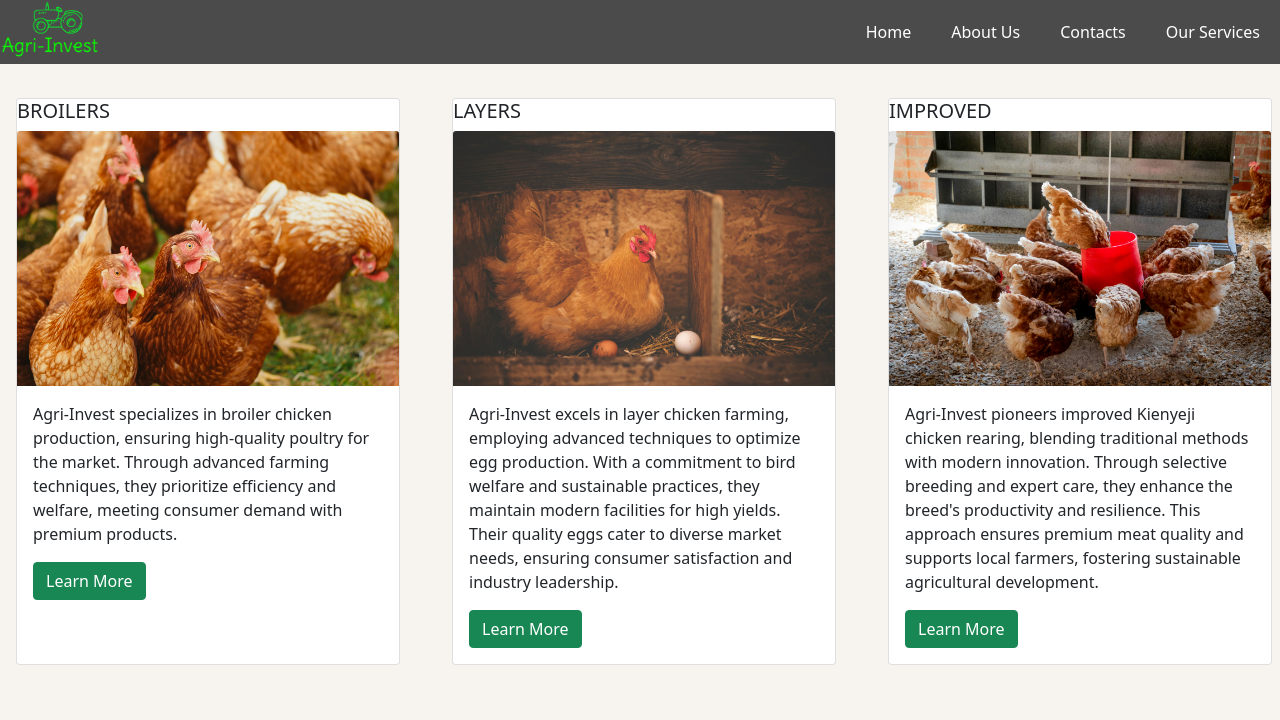
Repository: Allevandrose/Agri-invest
Page: poultry.html
An editor plug-in stored every save of this project. The page is shown before and after the next save, followed by the edit.
The browser window is 1280 px wide. The pictures show the whole page.

Above is the page before, as saved 2024-04-13 15:49:55.

### poultry.html
<!DOCTYPE html>
<html lang="en">

<head>
    <meta charset="UTF-8">
    <link href="https://cdn.jsdelivr.net/npm/bootstrap@5.0.2/dist/css/bootstrap.min.css" rel="stylesheet" integrity="sha384-EVSTQN3/azprG1Anm3QDgpJLIm9Nao0Yz1ztcQTwFspd3yD65VohhpuuCOmLASjC" crossorigin="anonymous">
    <meta name="viewport" content="width=device-width, initial-scale=1.0">
    <link rel="stylesheet" href="poultry.css">
    <title>Document</title>
</head>

<body>
    <h1 class="h1">POULTRY PAGE</h1>
    <!-- nav bar -->
    <nav>
        <div class="nav1">
            <img src="poultry images/logo.png" alt="logo" class="logo">
        </div>
        <div class="nav2">
            <div><a href="#">Home</a></div>
            <div><a href="#">About Us</a></div>
            <div><a href="#">Contacts</a></div>
            <div><a href="#">Our Services</a></div>
        </div>
    </nav>

    <div class="card-container d-flex flex-row">
        <div class="card mr-2" style="width: 24rem;">
            <h5 class="card-title"> BROILERS</h5>
            <img src="poultry images/chick1.jpg" class="card-img-top" alt="...">
            <div class="card-body">
                <p class="card-text">Agri-Invest specializes in broiler chicken production, ensuring high-quality poultry for the market. Through advanced farming techniques, they prioritize efficiency and welfare, meeting consumer demand with premium products. </p>
                <a href="#" class="btn btn-success">Learn More</a>
            </div>
        </div>
        <div class="card mr-2" style="width: 24rem;">
            <h5 class="card-title">LAYERS</h5>
            <img src="poultry images/chick2.jpg" class="card-img-top" alt="...">
            <div class="card-body">
                <p class="card-text">Agri-Invest excels in layer chicken farming, employing advanced techniques to optimize egg production. With a commitment to bird welfare and sustainable practices, they maintain modern facilities for high yields. Their quality eggs cater
                    to diverse market needs, ensuring consumer satisfaction and industry leadership.</p>
                <a href="#" class="btn btn-success">Learn More</a>
            </div>
        </div>
        <div class="card mr-2" style="width: 24rem;">
            <h5 class="card-title">IMPROVED</h5>
            <img src="poultry images/chick3.jpg" class="card-img-top" alt="...">
            <div class="card-body">

                <p class="card-text">Agri-Invest pioneers improved Kienyeji chicken rearing, blending traditional methods with modern innovation. Through selective breeding and expert care, they enhance the breed's productivity and resilience. This approach ensures premium
                    meat quality and supports local farmers, fostering sustainable agricultural development.</p>
                <a href="#" class="btn btn-success">Learn More</a>
            </div>
        </div>




        <!-- script tag -->
        <script src="https://cdn.jsdelivr.net/npm/bootstrap@5.0.2/dist/js/bootstrap.bundle.min.js" integrity="sha384-MrcW6ZMFYlzcLA8Nl+NtUVF0sA7MsXsP1UyJoMp4YLEuNSfAP+JcXn/tWtIaxVXM" crossorigin="anonymous"></script>
</body>

</html>

### poultry.css
body {
    background-color: rgb(247, 243, 239);
}

.h1 {
    color: green;
    margin-top:
}

.card-container {
    display: flex;
    flex-wrap: wrap;
    justify-content: space-between;
    margin-left: 16px;
    margin-right: 8px;
}

nav {
    position: fixed;
    top: 0;
    z-index: 1;
    width: 100%;
    background-color: #4b4b4b;
    display: flex;
    justify-content: space-between;
    flex-wrap: wrap;
}

.logo {
    width: 40%;
}

.nav2 {
    display: flex;
    flex-direction: row;
    justify-content: space-evenly;
    align-items: center;
    flex-wrap: wrap;
}

.nav2 a {
    display: flex;
    color: white;
    align-items: center;
    text-decoration: none;
    padding: 20px;
}

.nav2 a:hover {
    color: rgb(17, 235, 17);
}

.card-container {
    margin-top: 50px;
}

After the next save:
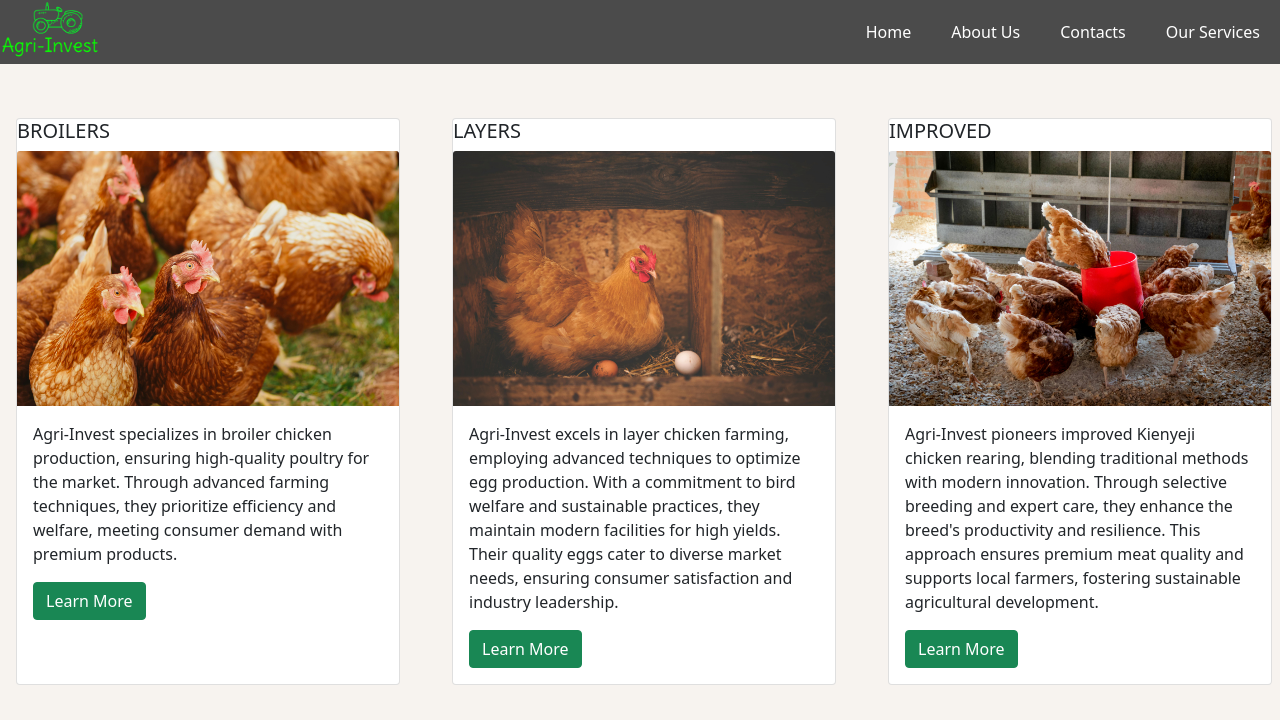
Saved 4 s later.
--- a/poultry.css
+++ b/poultry.css
@@ -4,7 +4,7 @@ body {
 
 .h1 {
     color: green;
-    margin-top:
+    margin-top: 20px;
 }
 
 .card-container {
